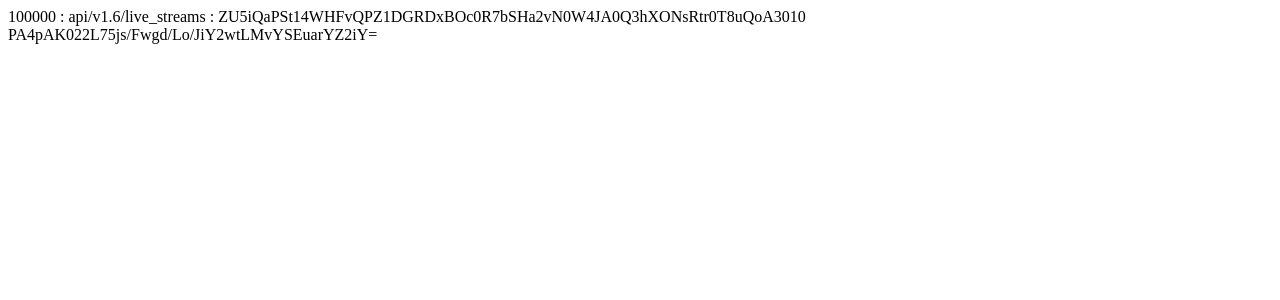
Repository: junhyeongShin/comunity_app
Page: http://localhost/Broadcast/curl copy.php
These files come from the project's save history. The page is drawn as it stood at one moment and after the next save; the edit follows.
The browser window is 1280 px wide. The pictures show the whole page.
The page is run by PHP 8.4 with error messages shown; the project is at /var/www/html/.

Above is the page before, as saved 2021-05-28 20:56:10.

### Broadcast/curl copy.php
<?php

$timestamp = 100000;
$path = "api/v1.6/live_streams";
$wscApiKey = "ZU5iQaPSt14WHFvQPZ1DGRDxBOc0R7bSHa2vN0W4JA0Q3hXONsRtr0T8uQoA3010";

$wscApiKey_hash = hash('sha256',$wscApiKey);

$hmacData = ($timestamp.' : '.$path.' : '.$wscApiKey);
echo $hmacData;
echo '<br>';

$hash_key = base64_encode(hash_hmac('sha256',$hmacData,$wscApiKey_hash,true));
echo $hash_key;
echo '<br>';


?>

After the next save:
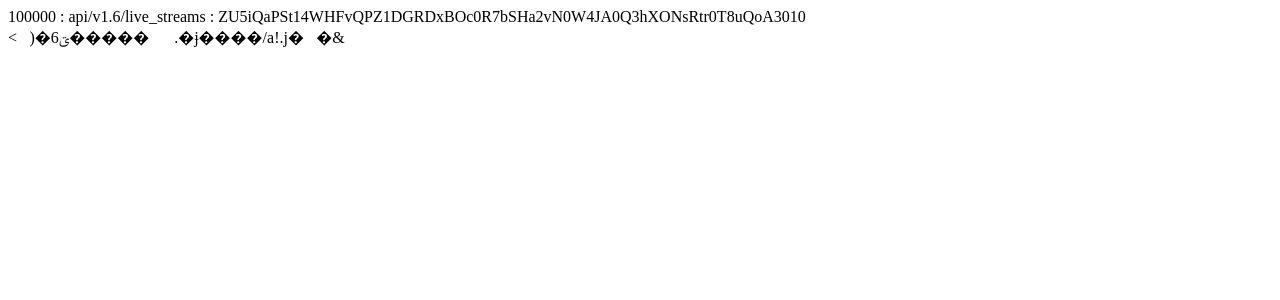
Saved 22 h 6 min later.
--- a/Broadcast/curl copy.php
+++ b/Broadcast/curl copy.php
@@ -10,7 +10,7 @@ $hmacData = ($timestamp.' : '.$path.' : '.$wscApiKey);
 echo $hmacData;
 echo '<br>';
 
-$hash_key = base64_encode(hash_hmac('sha256',$hmacData,$wscApiKey_hash,true));
+$hash_key = hash_hmac('sha256',$hmacData,$wscApiKey_hash,true);
 echo $hash_key;
 echo '<br>';
 
